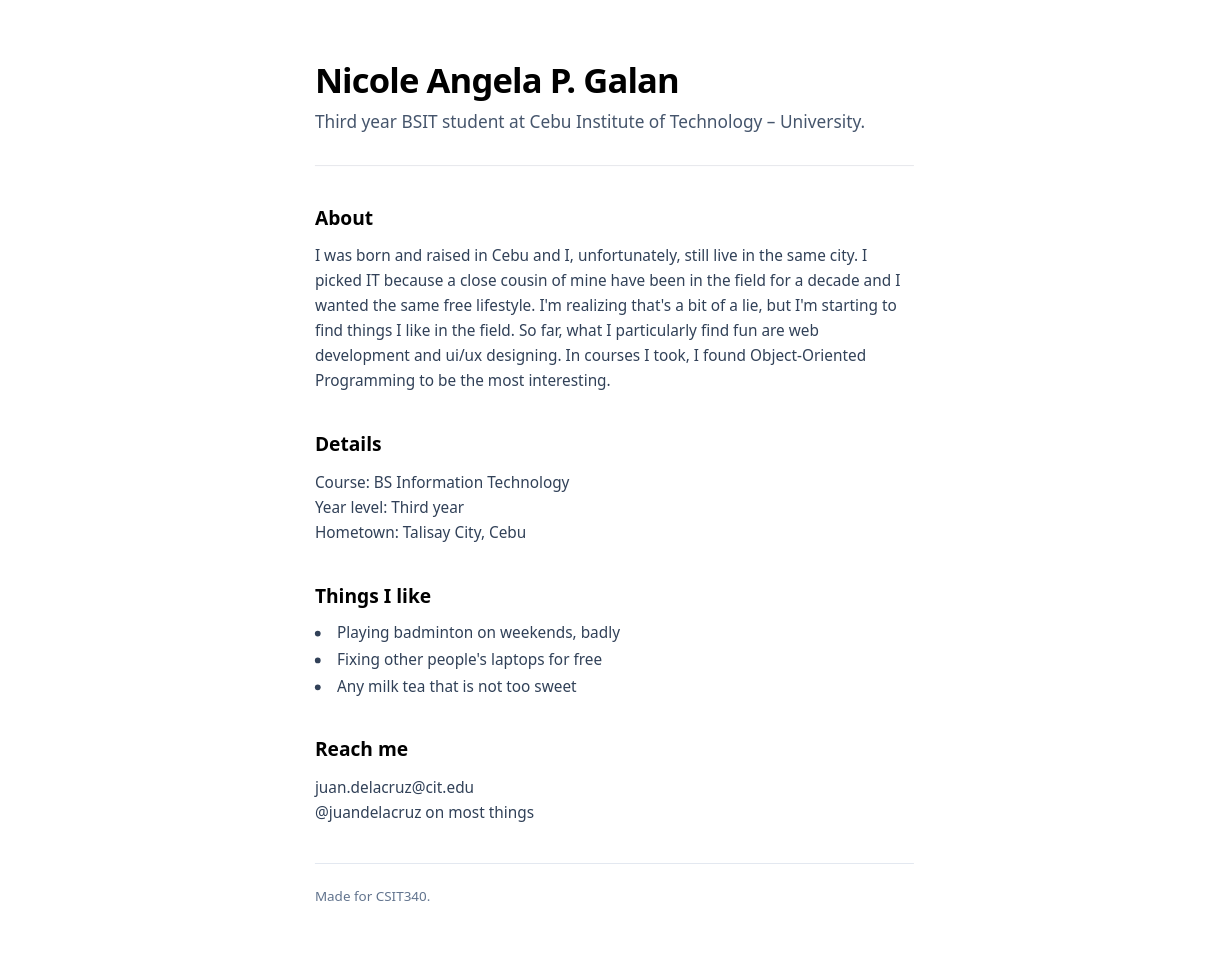
Repository: nicole-galan/CSIT340-Lab1-Galan
Page: /
The author's editor kept a copy of each file at every save. The page is drawn from the files as they stood at one save, then again after the next save.
The browser window is 1280 px wide. The pictures show the whole page, at 96% of full size.
The project was rebuilt for these pictures with package versions that can differ from the ones it lists, and the page was loaded fresh each time. Also part of the build but not shown: vite.config.js.

Above is the page before, as saved 2026-09-04 16:46:51.

After the next save:
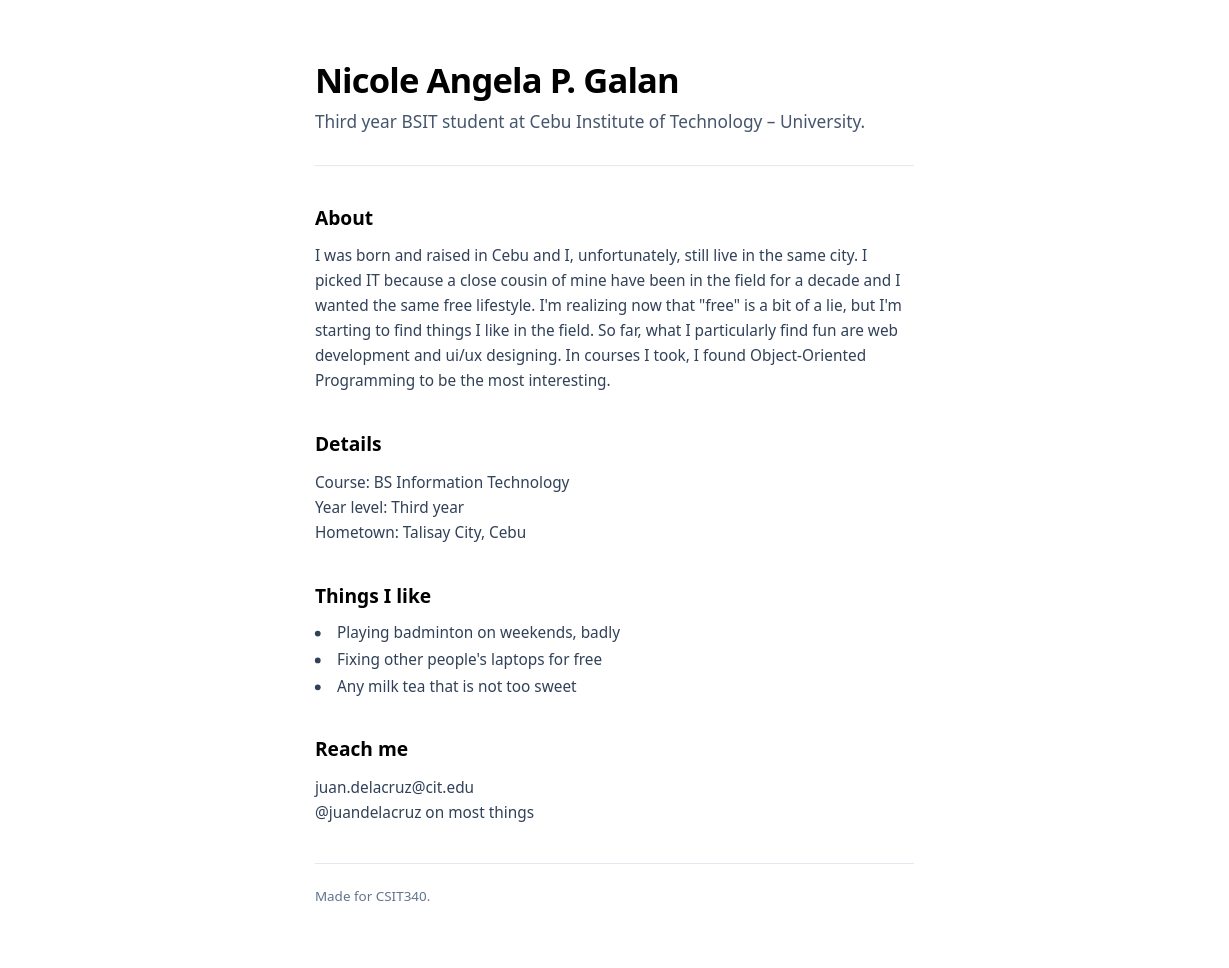
Saved 30 s later.
--- a/src/App.jsx
+++ b/src/App.jsx
@@ -15,7 +15,7 @@ function App() {
           <p className="leading-relaxed text-slate-700">
             I was born and raised in Cebu and I, unfortunately, still live in the same city.
             I picked IT because a close cousin of mine have been in the field for a decade
-            and I wanted the same free lifestyle. I'm realizing that's a bit of a lie,
+            and I wanted the same free lifestyle. I'm realizing now that "free" is a bit of a lie,
             but I'm starting to find things I like in the field. So far, what I particularly find fun
             are web development and ui/ux designing.
             In courses I took, I found Object-Oriented Programming to be the most interesting.
